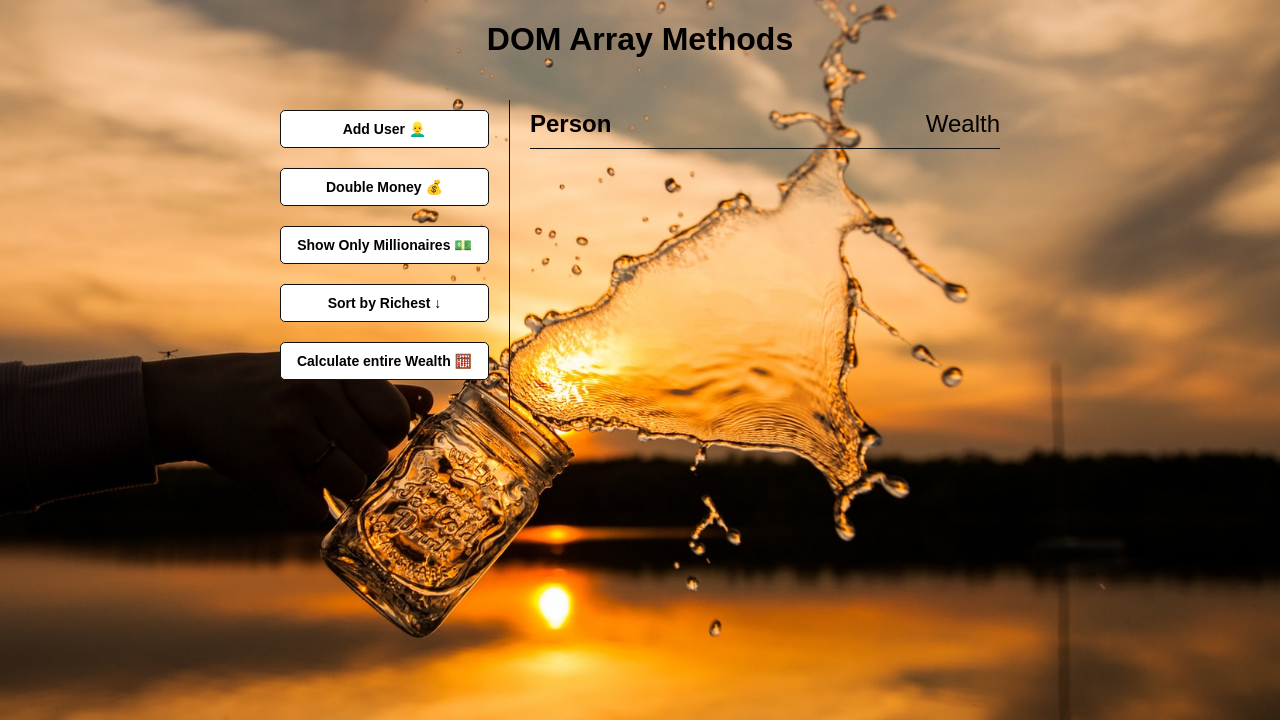
Repository: CAMPSLOPY/RandomUserInfoGenerator
Page: index.html
An editor plug-in stored every save of this project. The page is shown before and after a run of saves, followed by the edit.
The browser window is 1280 px wide. The pictures show the whole page.

Above is the page before, as saved 2021-01-19 14:43:03.

After the next 2 saves:
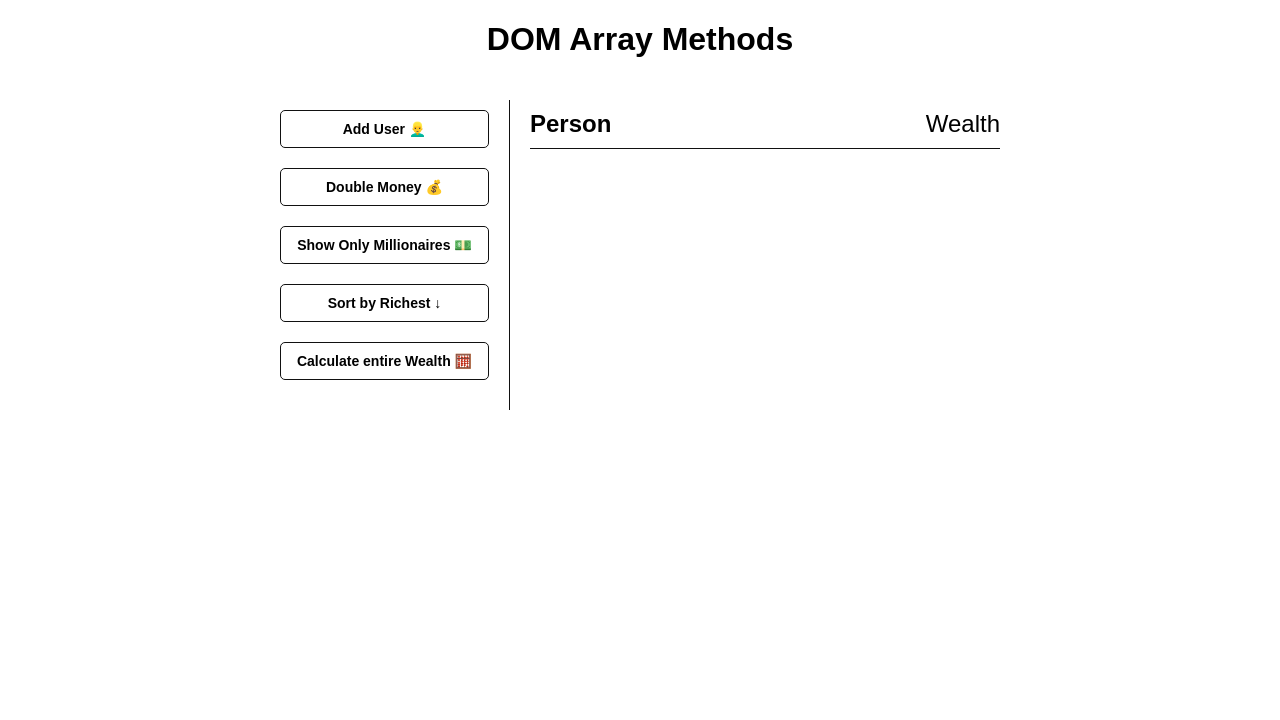
The 2 saves are shown as one change because they came seconds apart.
The last was saved 5 s later.
--- a/styles.css
+++ b/styles.css
@@ -3,7 +3,7 @@
   }
 
   body {
-    background-image: url('./img/back.jpeg');
+    background-image: url('./img/back.jpeg'),rgba(76, 175, 80, 0.3);
     background-repeat: no-repeat;
     background-position: center;
     background-size: cover;

After the 3 saves that followed:
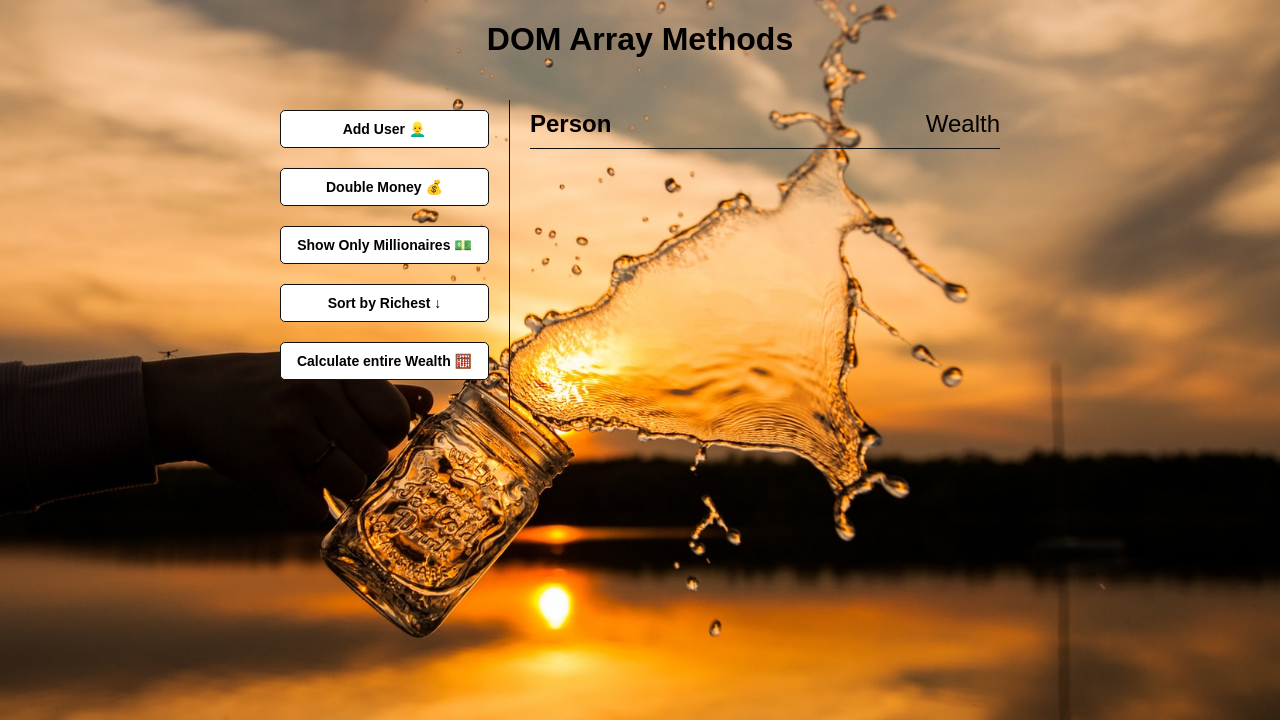
The 3 saves are shown as one change because they came seconds apart.
The last was saved 24 s later.
--- a/styles.css
+++ b/styles.css
@@ -3,7 +3,7 @@
   }
 
   body {
-    background-image: url('./img/back.jpeg'),rgba(76, 175, 80, 0.3);
+    background-image: url('./img/back.jpeg');
     background-repeat: no-repeat;
     background-position: center;
     background-size: cover;
